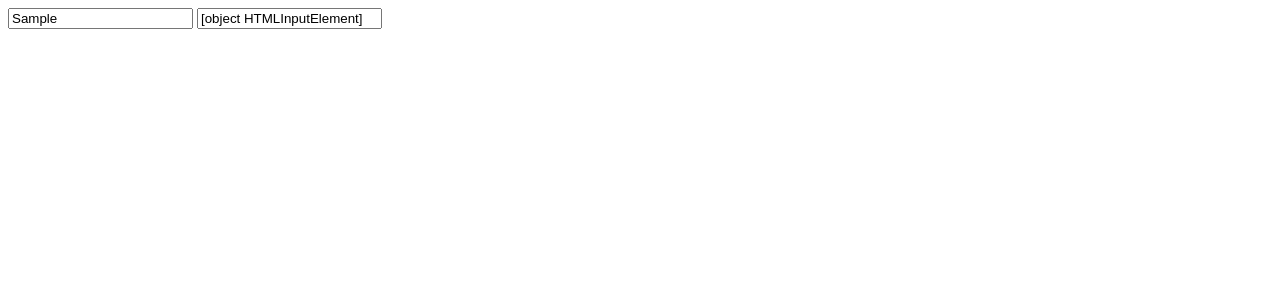
Repository: Eugene44-hub/weight-converter
Page: index.html
These files come from the project's save history. The page is drawn as it stood at one moment and after the next save; the edit follows.
The browser window is 1280 px wide. The pictures show the whole page.
Empty fields were first filled with sample values (such as "Sample", 5 or name@example.com).
After loading, the first visible `#typed` was changed once.

Above is the page before, as saved 2021-09-19 08:23:06.

### index.html
<!DOCTYPE html>
<html lang="en">

<head>
    <meta charset="UTF-8">
    <meta http-equiv="X-UA-Compatible" content="IE=edge">
    <meta name="viewport" content="width=device-width, initial-scale=1.0">
    <link rel="stylesheet" href="style.css">
    <title>Document</title>
</head>

<body>
    <input type="text" id="typed">
    <input type="text" id="output">
    <script src="app.js"></script>
</body>

</html>

### app.js
const typed = document.querySelector('#typed');
let output = document.querySelector('#output');

typed.addEventListener('input',
    e => {
        console.log(typed.value);
        output.value = typed
    })

Loaded but not shown: style.css (no copy from this time; the picture is the same without it)

After the next save:
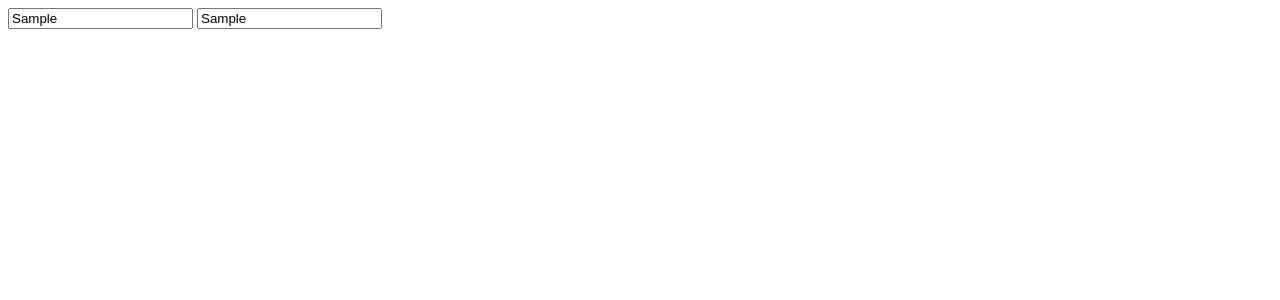
Saved 5 s later.
--- a/app.js
+++ b/app.js
@@ -4,5 +4,5 @@ let output = document.querySelector('#output');
 typed.addEventListener('input',
     e => {
         console.log(typed.value);
-        output.value = typed
+        output.value = typed.value
     })
